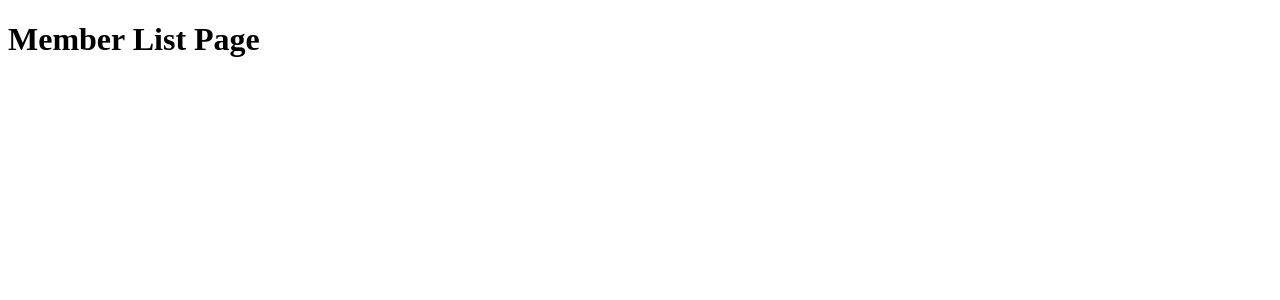
Repository: csk3830/jsp
Page: http://localhost/jsp_study/member/list.jsp
An editor plug-in stored every save of this project. The page is shown before and after the next save, followed by the edit.
The browser window is 1280 px wide. The pictures show the whole page.
The page is served by Tomcat 9. Other server files are loaded and not shown.

Above is the page before, as saved 2024-10-25 05:50:15.

### jsp_study/src/main/webapp/member/list.jsp
<%@ page language="java" contentType="text/html; charset=UTF-8"
    pageEncoding="UTF-8"%>
<!DOCTYPE html>
<html>
<head>
<meta charset="UTF-8">
<title>Insert title here</title>
</head>
<body>
<h1>Member List Page</h1>

</body>
</html>

After the next save:
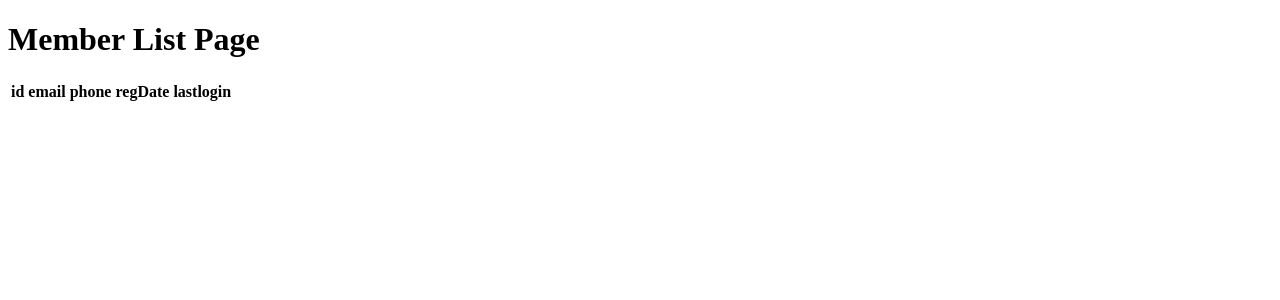
Saved 49 s later.
--- a/jsp_study/src/main/webapp/member/list.jsp
+++ b/jsp_study/src/main/webapp/member/list.jsp
@@ -8,6 +8,17 @@
 </head>
 <body>
 <h1>Member List Page</h1>
+<table>
+	<thead>
+		<tr>
+			<th>id</th>
+			<th>email</th>
+			<th>phone</th>
+			<th>regDate</th>
+			<th>lastlogin</th>
+		</tr>
+	</thead>
+</table>
 
 </body>
 </html>
